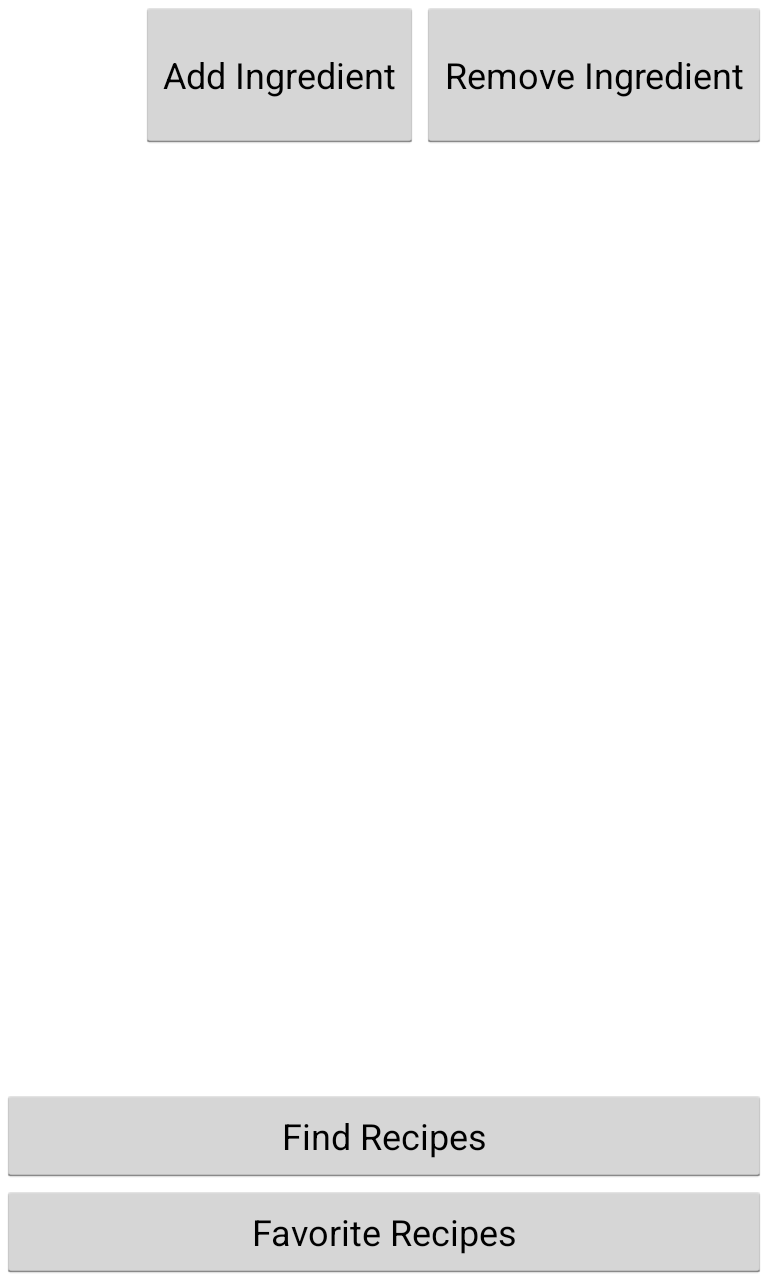
Repository: jmwood22/Boyardroid
Layout: Boyardroid/res/layout/activity_fridge.xml
The author's editor kept a copy of each file at every save. The layout is drawn from the files as they stood at one save, then again after the next save.
It is drawn on a 768 x 1280 px phone screen (xhdpi) without system bars, with theme AppTheme; the app's code is not run. Lists and similar views that code fills are empty.

Above is the layout before, as saved 2013-02-20 14:48:56.

### Boyardroid/res/layout/activity_fridge.xml
<RelativeLayout xmlns:android="http://schemas.android.com/apk/res/android"
    xmlns:tools="http://schemas.android.com/tools"
    android:id="@+id/AbsoluteLayout1"
    android:layout_width="match_parent"
    android:layout_height="match_parent"
    android:orientation="vertical"
    tools:context=".FridgeScreen" >

    <Button
        android:id="@+id/button1"
        android:layout_width="wrap_content"
        android:layout_height="75dp"
        android:layout_alignParentTop="true"
        android:layout_toLeftOf="@+id/button2"
        android:onClick="addIngre"
        android:text="@string/addIngredient_button" />

    <Button
        android:id="@+id/button2"
        android:layout_width="wrap_content"
        android:layout_height="75dp"
        android:layout_alignParentRight="true"
        android:layout_alignParentTop="true"
        android:onClick="removIngre"
        android:text="@string/removeIngredient_button" />

    <ScrollView
        android:id="@+id/scrollView1"
        android:layout_width="wrap_content"
        android:layout_height="wrap_content"
        android:layout_alignParentLeft="true"
        android:layout_below="@+id/button1"
        android:layout_marginTop="74dp" >
	</ScrollView>

	    <ListView
	        android:id="@+id/listView1"
	        android:layout_width="match_parent"
	        android:layout_height="126dp"
	        android:layout_above="@+id/button4"
	        android:layout_alignParentLeft="true"
	        android:layout_below="@+id/button1"
	        android:layout_marginTop="14dp" >

	    </ListView>

	    <Button
	        android:id="@+id/button3"
	        android:layout_width="fill_parent"
	        android:layout_height="wrap_content"
	        android:layout_alignParentBottom="true"
	        android:layout_alignParentLeft="true"
	        android:onClick="favRecipe"
	        android:text="@string/favoriteRecipe_button" />

	    <Button
	        android:id="@+id/button4"
	        android:layout_width="fill_parent"
	        android:layout_height="wrap_content"
	        android:layout_above="@+id/button3"
	        android:layout_alignParentLeft="true"
	        android:onClick="dialogBtn"
	        android:text="@string/find_recipe" />

</RelativeLayout>

### Boyardroid/res/values/strings.xml
<?xml version="1.0" encoding="utf-8"?>
<resources>

    <string name="app_name">BoyarDroid</string>
    <string name="quick_recipe">Quick Recipe</string>
    <string name="menu_settings">Settings</string>
    <string name="title_activity_quck_recipe">QuckRecipe</string>
    <string name="title_activity_quick_recipe">QuickRecipe</string>
    <string name="find_recipe">Find Recipes</string>
    <string name="hello_world">Hello world!</string>
    <string name="title_activity_home_screen">HomeScreen</string>
    <string name="title_activity_fridge">Fridge</string>
	<string name="fridge_button">Fridge</string>
	<string name="dinner_button">Dinner</string>
	<string name="breakfast_button">Breakfast</string>
	<string name="lunch_button">Lunch</string>
	<string name="user_button">User text</string>
	<string name="addIngredient_button">Add Ingredient</string>
	<string name="removeIngredient_button">Remove Ingredient</string>
	<string name="favoriteRecipe_button">Favorite Recipes</string>
</resources>

Loaded but not shown: Boyardroid/res/values/styles.xml (common file); Boyardroid/res/values-v11/styles.xml (common file); Boyardroid/res/values-v14/styles.xml (common file)

After the next save:
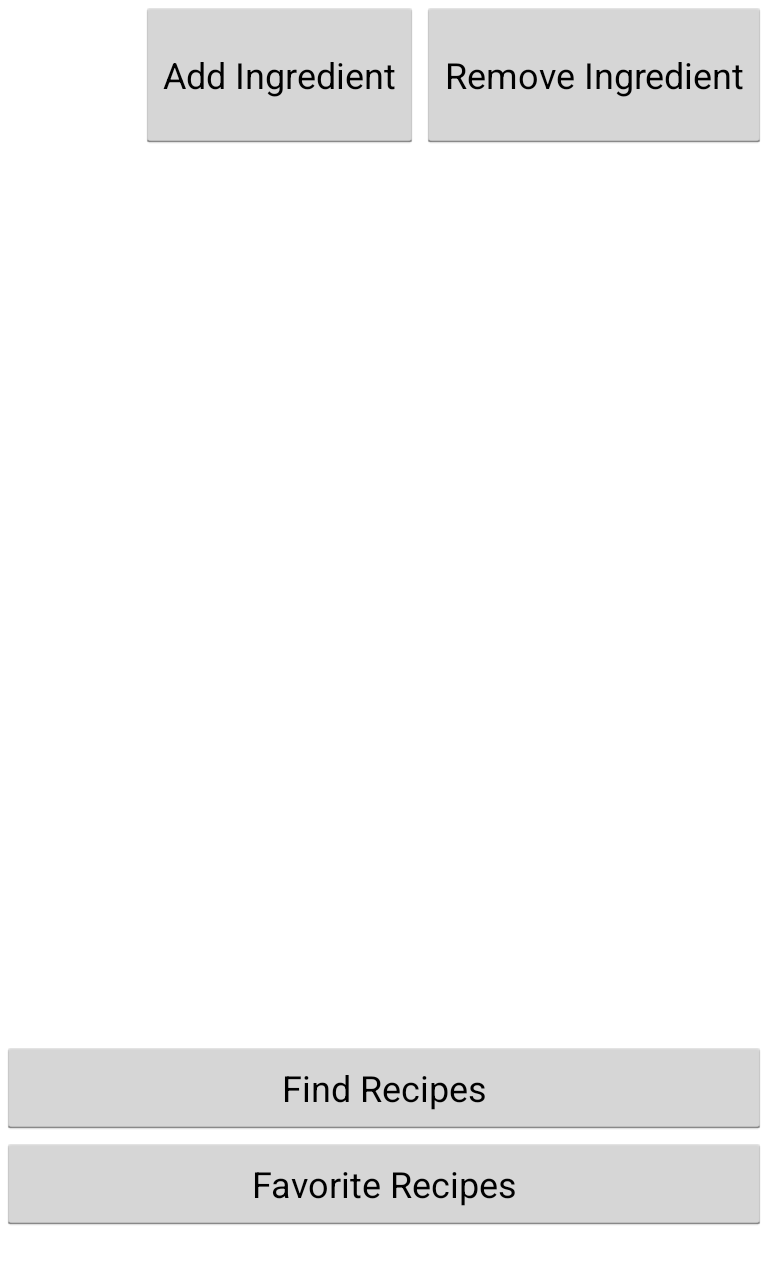
Saved 3 min 12 s later.
--- a/Boyardroid/res/layout/activity_fridge.xml
+++ b/Boyardroid/res/layout/activity_fridge.xml
@@ -39,8 +39,7 @@
 	        android:layout_height="126dp"
 	        android:layout_above="@+id/button4"
 	        android:layout_alignParentLeft="true"
-	        android:layout_below="@+id/button1"
-	        android:layout_marginTop="14dp" >
+	        android:layout_below="@+id/button1" >
 
 	    </ListView>
 
@@ -50,6 +49,7 @@
 	        android:layout_height="wrap_content"
 	        android:layout_alignParentBottom="true"
 	        android:layout_alignParentLeft="true"
+	        android:layout_marginBottom="24dp"
 	        android:onClick="favRecipe"
 	        android:text="@string/favoriteRecipe_button" />
 

After the 2 saves that followed:
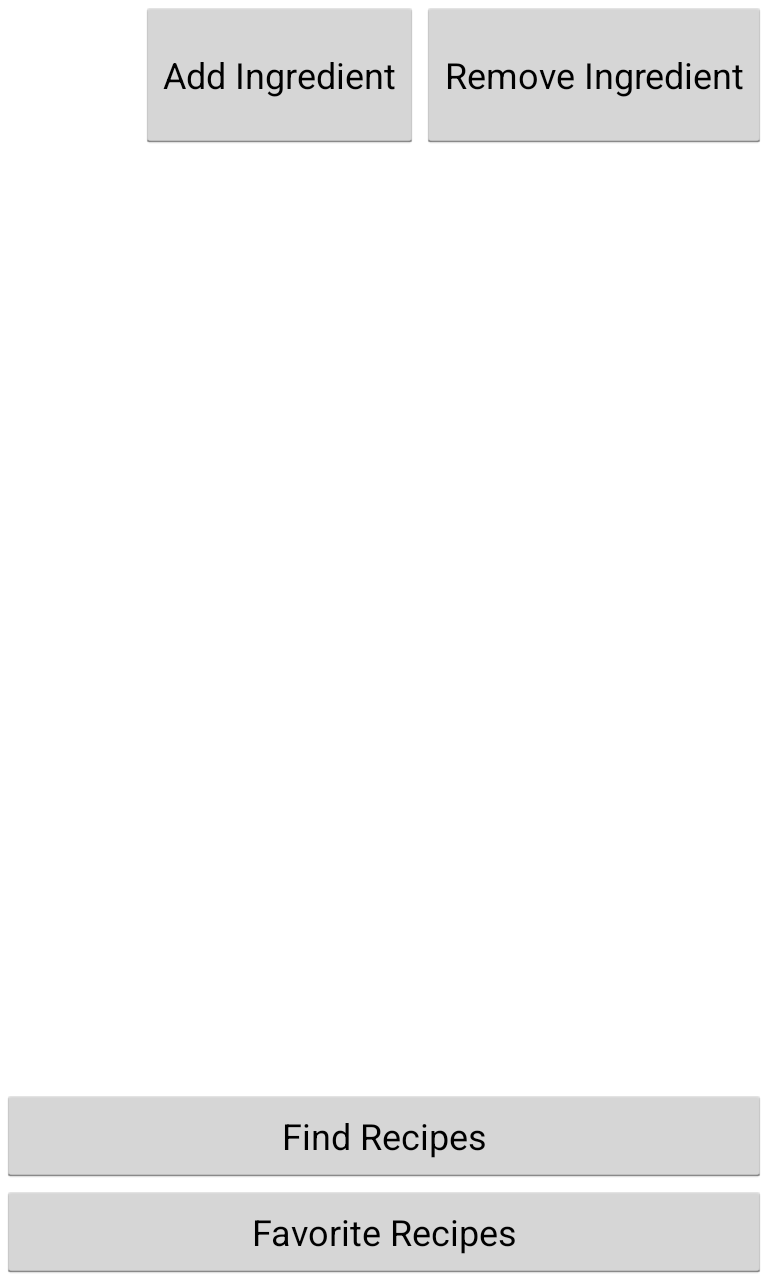
The 2 saves are shown as one change because 1 left the picture as it was.
The last was saved 4 min 35 s later.
--- a/Boyardroid/res/layout/activity_fridge.xml
+++ b/Boyardroid/res/layout/activity_fridge.xml
@@ -40,7 +40,6 @@
 	        android:layout_above="@+id/button4"
 	        android:layout_alignParentLeft="true"
 	        android:layout_below="@+id/button1" >
-
 	    </ListView>
 
 	    <Button
@@ -48,8 +47,7 @@
 	        android:layout_width="fill_parent"
 	        android:layout_height="wrap_content"
 	        android:layout_alignParentBottom="true"
-	        android:layout_alignParentLeft="true"
-	        android:layout_marginBottom="24dp"
+	        android:layout_marginBottom="0dp"
 	        android:onClick="favRecipe"
 	        android:text="@string/favoriteRecipe_button" />
 
